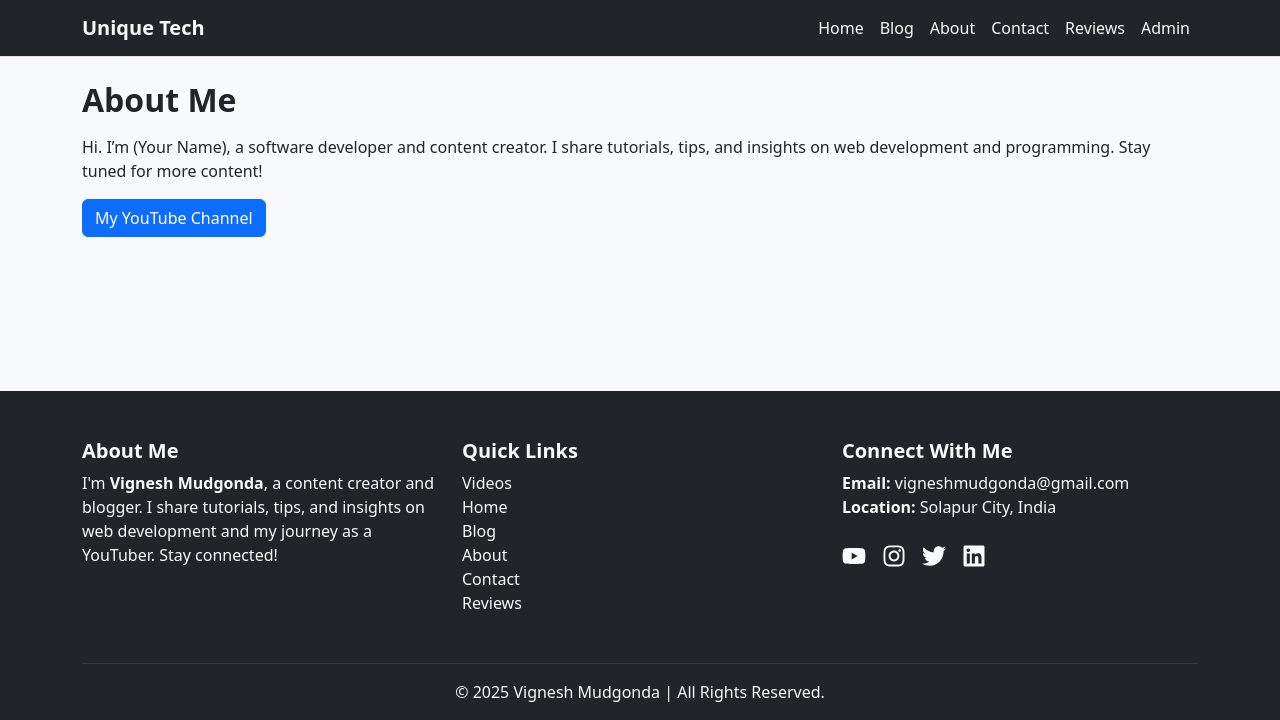
Repository: vigneshmudgonda/Blog2
Page: /about (app in blog-frontend-full/)
An editor plug-in stored every save of this project. The page is shown before and after a run of saves, followed by the edit.
The browser window is 1280 px wide. The pictures show the whole page.
The page's requests for data from a server got no answer. The project was rebuilt for these pictures with package versions that can differ from the ones it lists, and the page was loaded fresh each time. No one was signed in, and anything a server would have sent is missing. Also part of the build but not shown: blog-frontend-full/src/services/api.js, blog-frontend-full/src/pages/Home.js, blog-frontend-full/src/pages/BlogList.js, blog-frontend-full/src/pages/BlogDetail.js, blog-frontend-full/src/pages/Reviews.js, blog-frontend-full/src/pages/Contact.js, blog-frontend-full/src/pages/AdminLogin.js, blog-frontend-full/src/pages/AdminDashboard.js and 3 more.

Above is the page before, as saved 2025-08-20 11:04:01.

### blog-frontend-full/public/index.html
<!DOCTYPE html>
<html lang="en">
  <head>
    <meta charset="utf-8" />
    <meta name="viewport" content="width=device-width, initial-scale=1" />
    <title>My Blog</title>
    <meta name="description" content="Personal blog powered by React + Bootstrap" />
    <link rel="icon" href="%PUBLIC_URL%/favicon.ico" />
  </head>
  <body>
    <noscript>You need to enable JavaScript to run this app.</noscript>
    <div id="root"></div>
  </body>
</html>

### blog-frontend-full/src/index.js
import React from 'react';
import { createRoot } from 'react-dom/client';
import { BrowserRouter } from 'react-router-dom';
import App from './App';
import 'bootstrap/dist/css/bootstrap.min.css';
import 'bootstrap/dist/js/bootstrap.bundle.min.js';
import './index.css';

const root = createRoot(document.getElementById('root'));
root.render(
  <BrowserRouter>
    <App/>
  </BrowserRouter>
);

### blog-frontend-full/src/App.js
import React from 'react';
import { Routes, Route } from 'react-router-dom';
import Navbar from './components/Navbar';
import Footer from './components/Footer';
import Home from './pages/Home';
import BlogList from './pages/BlogList';
import BlogDetail from './pages/BlogDetail';
import Reviews from './pages/Reviews';
import Contact from './pages/Contact';
import About from './pages/About';
import AdminLogin from './pages/AdminLogin';

import AdminDashboard from "./pages/AdminDashboard";
import YoutubeVideos from "./pages/YoutubeVideos";
import PrivateRoute from "./components/PrivateRoute";
import NotFound from "./pages/NotFound";

export default function App(){
  return (
    <div className="d-flex flex-column min-vh-100">
      <Navbar/>
      <main className="flex-grow-1">
        <Routes>
          <Route path="/" element={<Home/>} />
          <Route path="/blog" element={<BlogList/>} />
          <Route path="/blog/:id" element={<BlogDetail/>} />
          <Route path="/reviews" element={<Reviews/>} />
          <Route path="/contact" element={<Contact/>} />
          <Route path="/about" element={<About/>} />
          <Route path="/login" element={<AdminLogin/>} />

         <Route path="*" element={<NotFound />} />
          <Route path="/youtube" element={<YoutubeVideos />} />
             <Route
          path="/admin"
          element={
            <PrivateRoute>
              <AdminDashboard />
            </PrivateRoute>
          }
        />
        </Routes>
      </main>
      <Footer/>
    </div>
  );
}

### blog-frontend-full/src/index.css
:root{--radius:1.25rem}
body{background:#f8f9fa}
.shadow-soft{box-shadow:0 .5rem 1rem rgba(0,0,0,.08)}
.rounded-2xl{border-radius:var(--radius)}
.hero{background:linear-gradient(180deg,#ffffff 0%,#f4f6f8 100%)}
.post-card img{object-fit:cover;height:180px}
a{text-decoration:none}

### blog-frontend-full/src/components/Navbar.js
import React from 'react';
import { Link, NavLink } from 'react-router-dom';

export default function Navbar(){
  return (
    <nav className="navbar navbar-expand-lg bg-dark border-bottom sticky-top">
      <div className="container">
        <Link className="navbar-brand fw-bold text-light " to="/">Unique Tech</Link>
        <button className="navbar-toggler" type="button" data-bs-toggle="collapse" data-bs-target="#nav">
          <span className="navbar-toggler-icon"></span>
        </button>
        <div id="nav" className="collapse navbar-collapse ">
          <ul className="navbar-nav ms-auto">
            <li className="nav-item"><NavLink end className="nav-link text-light " to="/">Home</NavLink></li>
            <li className="nav-item"><NavLink className="nav-link text-light " to="/blog">Blog</NavLink></li>
            <li className="nav-item"><NavLink className="nav-link text-light " to="/about">About</NavLink></li>
            <li className="nav-item"><NavLink className="nav-link text-light " to="/contact">Contact</NavLink></li>
            <li className="nav-item"><NavLink className="nav-link text-light " to="/reviews">Reviews</NavLink></li>
            <li className="nav-item"><NavLink className="nav-link text-light " to="/login">Admin</NavLink></li>
          </ul>
        </div>
      </div>
    </nav>
  );
}

### blog-frontend-full/src/components/Footer.js
import React from "react";
import { Link } from "react-router-dom";
import {
  FaYoutube,
  FaInstagram,
  FaTwitter,
  FaLinkedin,
} from "react-icons/fa";

export default function Footer() {
  return (
    <footer className="bg-dark text-light pt-5 pb-3 mt-5">
      <div className="container">
        <div className="row">
          {/* About Me */}
          <div className="col-md-4 mb-3">
            <h5 className="fw-bold">About Me</h5>
            <p>
              I'm <strong>Vignesh Mudgonda</strong>, a content creator and
              blogger. I share tutorials, tips, and insights on web development
              and my journey as a YouTuber. Stay connected!
            </p>
          </div>

          {/* Quick Links */}
          <div className="col-md-4 mb-3">
            <h5 className="fw-bold">Quick Links</h5>
            <ul className="list-unstyled">
              <li><Link to="/youtube" className="text-light text-decoration-none">Videos</Link></li>
              <li><Link to="/" className="text-light text-decoration-none">Home</Link></li>
              <li><Link to="/blog" className="text-light text-decoration-none">Blog</Link></li>
              <li><Link to="/about" className="text-light text-decoration-none">About</Link></li>
              <li><Link to="/contact" className="text-light text-decoration-none">Contact</Link></li>
              <li><Link to="/reviews" className="text-light text-decoration-none">Reviews</Link></li>
            </ul>
          </div>

          {/* Connect With Me */}
          <div className="col-md-4 mb-3">
            <h5 className="fw-bold">Connect With Me</h5>
            <p>
              <strong>Email:</strong>{" "}
              <a
                href="mailto:vigneshmudgonda@gmail.com"
                className="text-light text-decoration-none"
              >
                vigneshmudgonda@gmail.com
              </a>
              <br />
              <strong>Location:</strong> Solapur City, India
            </p>
            <div className="d-flex gap-3 fs-4">
              <a href="https://www.youtube.com/@UNIQUETECH03" className="text-light"><FaYoutube /></a>
              <a href="https://www.instagram.com/uniquetech17/" className="text-light"><FaInstagram /></a>
              <a href="https://twitter.com" className="text-light"><FaTwitter /></a>
              <a href="https://www.linkedin.com/in/vignesh-mudgonda-b1572423b/com" className="text-light"><FaLinkedin /></a>
            </div>
          </div>
        </div>

        <hr className="border-secondary" />
        <p className="text-center mb-0">
          © 2025 Vignesh Mudgonda | All Rights Reserved.
        </p>
      </div>
    </footer>
  );
}

### blog-frontend-full/src/pages/About.js
import React from 'react';

export default function About(){
  return (
    <div className="container py-4">
      <h2 className="fw-bold mb-3">About Me</h2>
      <p>Hi. I’m (Your Name), a software developer and content creator. I share tutorials, tips, and insights on web development and programming. Stay tuned for more content!</p>
      <a className="btn btn-primary" href={process.env.REACT_APP_YOUTUBE_URL||'https://www.youtube.com/@UNIQUETECH03'} target="_blank" rel="noreferrer">My YouTube Channel</a>
    </div>
  );
}

After the next 2 saves:
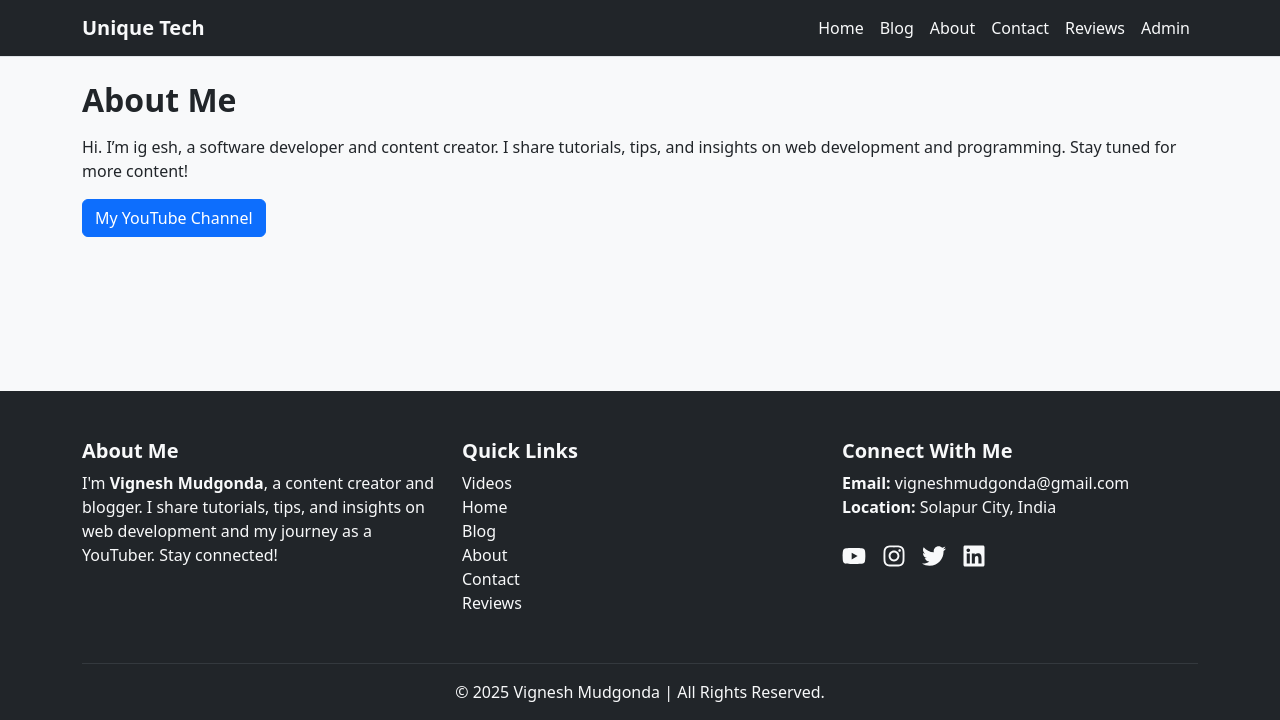
The 2 saves are shown as one change because they came seconds apart.
The last was saved 2 min 43 s later.
--- a/blog-frontend-full/src/pages/About.js
+++ b/blog-frontend-full/src/pages/About.js
@@ -4,7 +4,7 @@ export default function About(){
   return (
     <div className="container py-4">
       <h2 className="fw-bold mb-3">About Me</h2>
-      <p>Hi. I’m (Your Name), a software developer and content creator. I share tutorials, tips, and insights on web development and programming. Stay tuned for more content!</p>
+      <p>Hi. I’m ig esh, a software developer and content creator. I share tutorials, tips, and insights on web development and programming. Stay tuned for more content!</p>
       <a className="btn btn-primary" href={process.env.REACT_APP_YOUTUBE_URL||'https://www.youtube.com/@UNIQUETECH03'} target="_blank" rel="noreferrer">My YouTube Channel</a>
     </div>
   );
